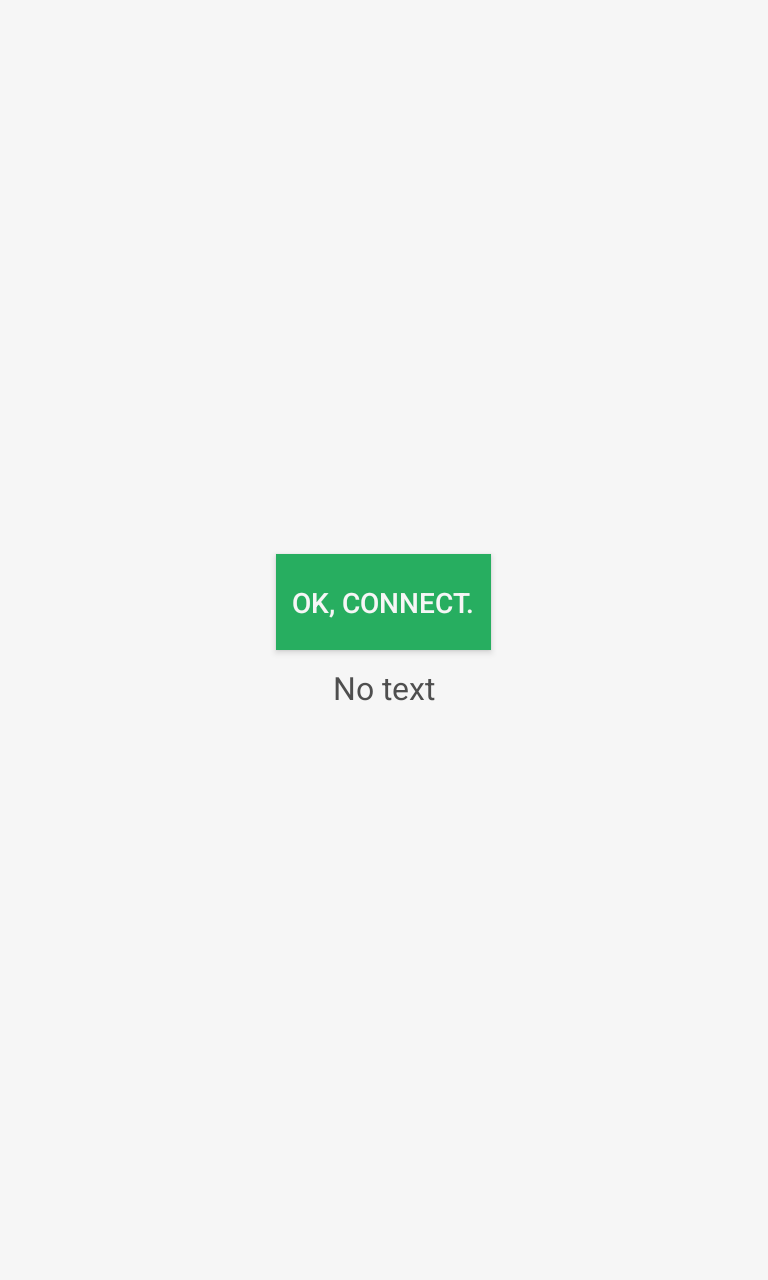
Repository: Vierco/Get_elements_from_web_and_caching
Layout: Guidelines_template/template/res/layout/hello.xml
The author's editor kept a copy of each file at every save. The layout is drawn from the files as they stood at one save, then again after the next save.
It is drawn on a 768 x 1280 px phone screen (xhdpi) without system bars, with theme AppTheme; the app's code is not run.

Above is the layout before, as saved 2014-05-01 20:19:23.

### Guidelines_template/template/res/layout/hello.xml
<LinearLayout xmlns:android="http://schemas.android.com/apk/res/android"
    xmlns:tools="http://schemas.android.com/tools"
    android:id="@+id/container"
    android:layout_width="match_parent"
    android:layout_height="match_parent"
    android:layout_marginBottom="@dimen/activity_vertical_margin"
    android:layout_marginLeft="@dimen/activity_horizontal_margin"
    android:layout_marginRight="@dimen/activity_horizontal_margin"
    android:layout_marginTop="@dimen/activity_vertical_margin"
    android:background="@color/white"
    android:gravity="center"
    android:orientation="vertical"
    tools:context="vierco.com.example.template.Hello" >

    <Button
        android:id="@+id/BT_connect"
        android:layout_width="wrap_content"
        android:layout_height="wrap_content"
        android:layout_gravity="center"
        android:background="@color/green"
        android:padding="@dimen/views_padding"
        android:text="@string/TXconnect"
        android:textColor="@color/white" />

    <TextView
        android:id="@+id/textView1"
        android:layout_width="wrap_content"
        android:layout_height="wrap_content"
        android:padding="@dimen/views_padding"
        android:text="@string/TXnoText"
        android:textColor="@color/text_color"
        android:textSize="@dimen/default_text_size" />

</LinearLayout>

### Guidelines_template/template/res/values/dimens.xml
<resources>

    <!-- Default screen margins, per the Android Design guidelines. -->
    <dimen name="views_padding">8dp</dimen>
    <dimen name="default_text_padding">3dp</dimen>
    <dimen name="title_text_padding">4dp</dimen>
    <dimen name="activity_horizontal_margin">9dp</dimen>
    <dimen name="activity_vertical_margin">9dp</dimen>
    <dimen name="default_text_size">16dp</dimen>
    <dimen name="title_text_size">22dp</dimen>
    <dimen name="subtitle_text_size">14dp</dimen>
    <dimen name="annotations_text_size">11dp</dimen>
    <dimen name="action_bar_text_size">13dp</dimen>
    <dimen name="button_text_size">15dp</dimen>

</resources>

### Guidelines_template/template/res/values/colors.xml
<?xml version="1.0" encoding="utf-8"?>
<resources>

    <color name="green">#27ae60</color>
    <color name="white">#f6f6f6</color>
    <color name="grey">#e4e4e4</color>
    <color name="text_color">#4f4f4f</color>

</resources>

### Guidelines_template/template/res/values/strings.xml
<?xml version="1.0" encoding="utf-8"?>
<resources>

    <string name="app_name">template</string>
    <string name="action_settings">Settings</string>
    <string name="TXconnect">Ok, connect.</string>
    <string name="TXnoText">No text</string>

</resources>

Loaded but not shown: Guidelines_template/template/res/values/styles.xml (common file); Guidelines_template/template/res/values-v11/styles.xml (common file); Guidelines_template/template/res/values-v14/styles.xml (common file); Guidelines_template/template/res/values-w820dp/dimens.xml (common file)

After the next save:
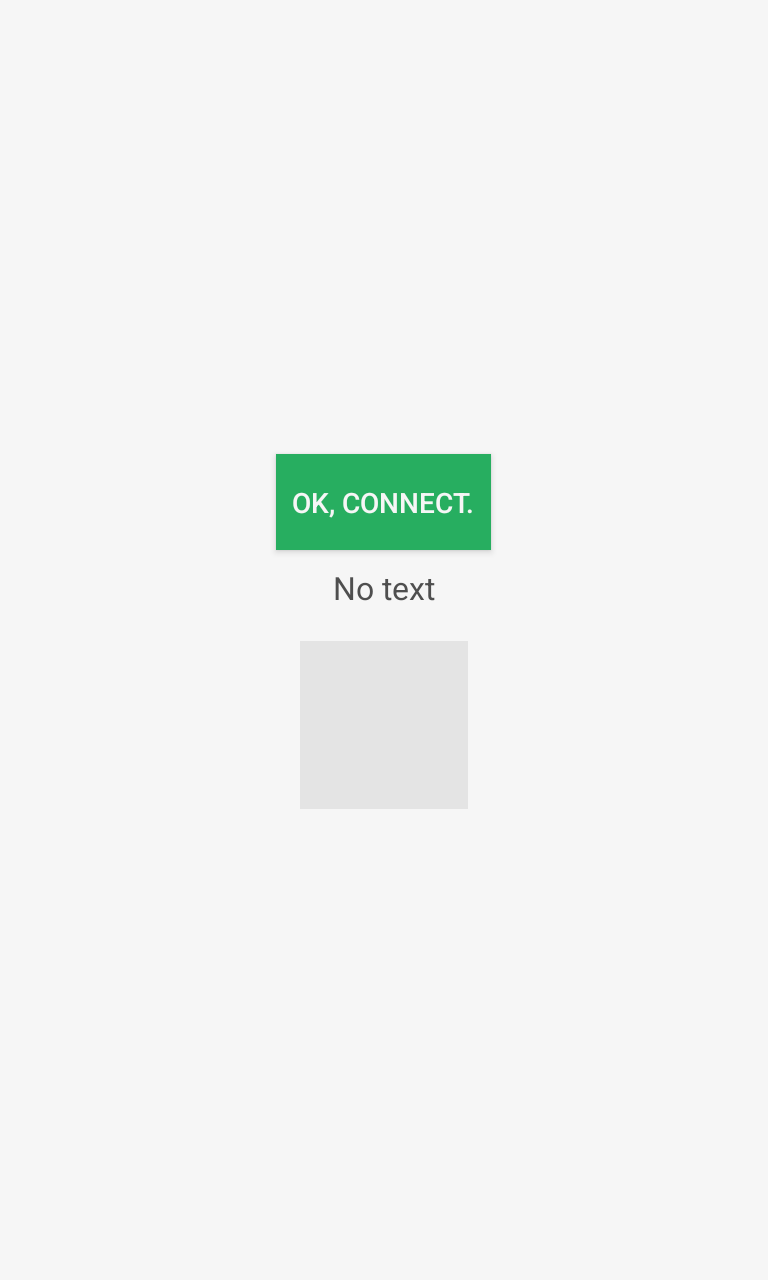
Saved 9 s later.
--- a/Guidelines_template/template/res/layout/hello.xml
+++ b/Guidelines_template/template/res/layout/hello.xml
@@ -31,4 +31,11 @@
         android:textColor="@color/text_color"
         android:textSize="@dimen/default_text_size" />
 
+    <ImageView
+        android:id="@+id/imageView1"
+        android:layout_width="100dp"
+        android:layout_height="100dp"
+        android:padding="@dimen/views_padding"
+        android:src="@color/grey" />
+
 </LinearLayout>
